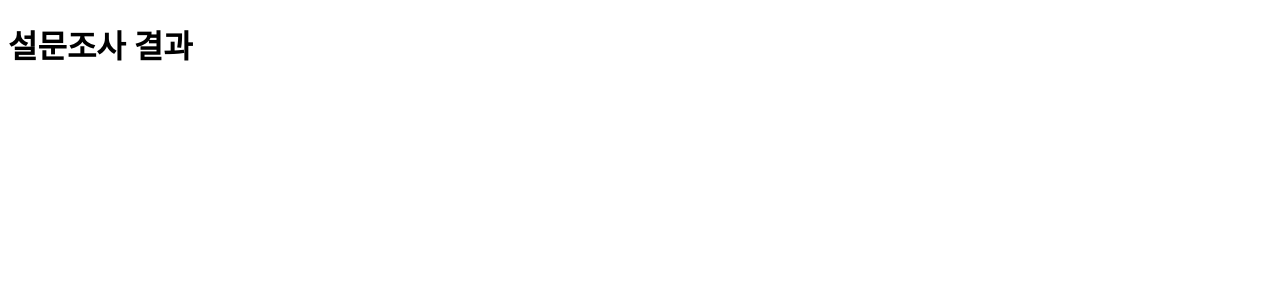
Repository: jsunnypi/JSP
Page: http://localhost/Test/research.jsp
The author's editor kept a copy of each file at every save. The page is drawn from the files as they stood at one save, then again after the next save.
The browser window is 1280 px wide. The pictures show the whole page.
The page is served by Tomcat 9.

Above is the page before, as saved 2024-11-14 01:41:40.

### Test/src/main/webapp/research.jsp
<%@ page language="java" contentType="text/html; charset=UTF-8"
    pageEncoding="UTF-8"%>
<!DOCTYPE html>
<html>
<head>
<meta charset="UTF-8">
<title>Insert title here</title>
</head>
<body>
	<h1>설문조사 결과</h1>
</body>
</html>

After the next save:
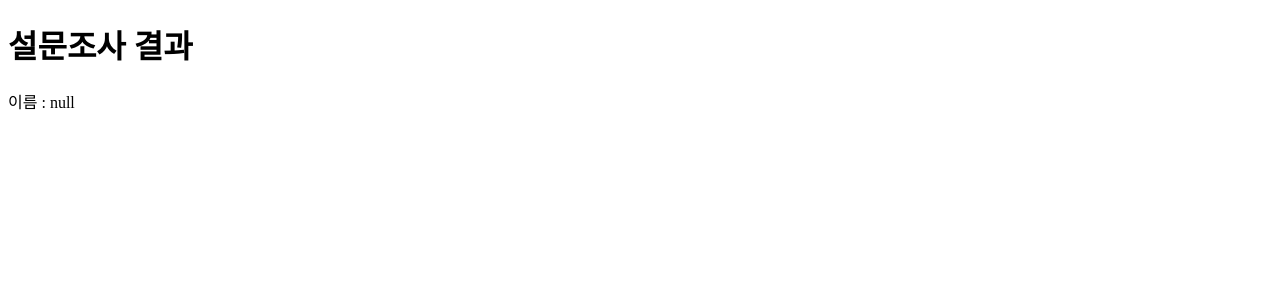
Saved 3 min 8 s later.
--- a/Test/src/main/webapp/research.jsp
+++ b/Test/src/main/webapp/research.jsp
@@ -8,5 +8,12 @@
 </head>
 <body>
 	<h1>설문조사 결과</h1>
+	<%
+		request.setCharacterEncoding("UTF-8");
+
+		String name = request.getParameter("name");
+		out.print("이름 : " + name);
+
+	%>
 </body>
 </html>
